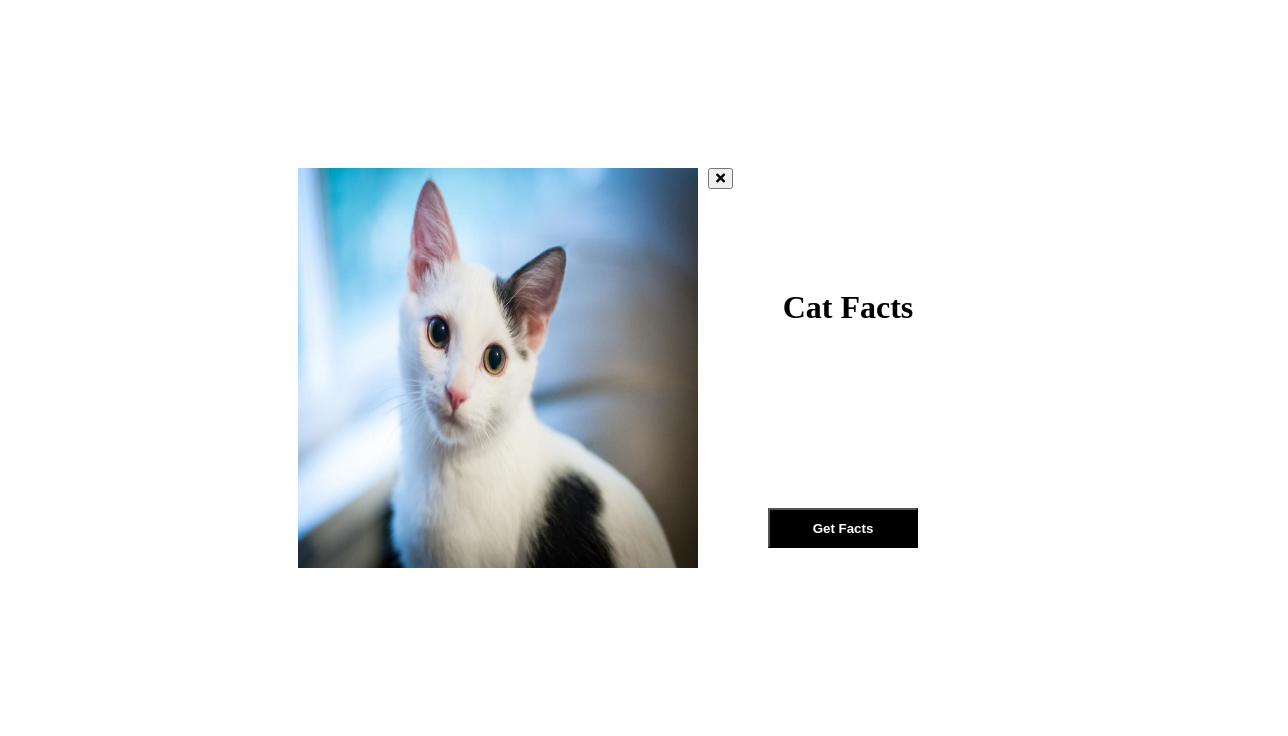
Repository: AustinW24/pg-catfacts
Page: cat-facts.html
The author's editor kept a copy of each file at every save. The page is drawn from the files as they stood at one save, then again after the next save.
The browser window is 1280 px wide. The page is 1288 px wide, so the pictures cover 1288 px, including what lies to the right of the window. The pictures show the whole page.
The page's requests for data from a server got no answer. Some web libraries are served in a nearby version.

Above is the page before, as saved 2021-12-29 17:47:49.
Console error: TypeError: Cannot read properties of null (reading 'addEventListener')

After the next save:
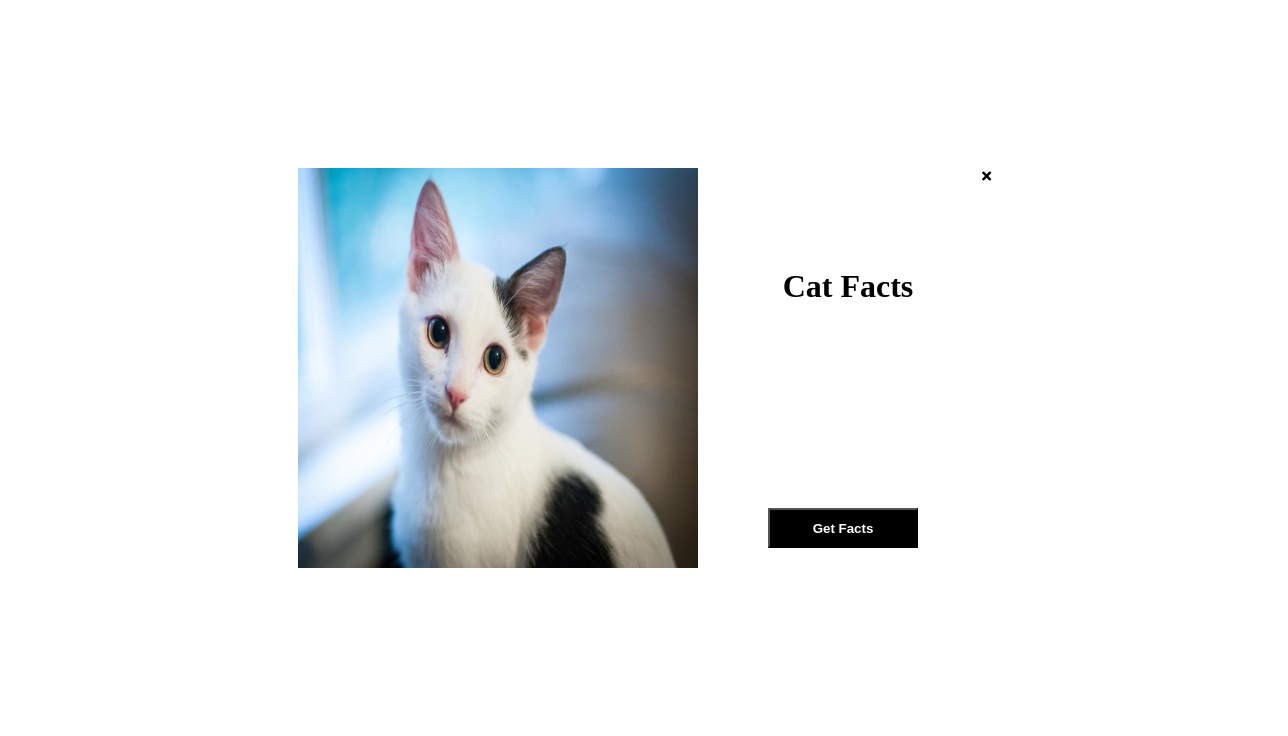
Saved 5 s later.
--- a/cat-facts.html
+++ b/cat-facts.html
@@ -20,7 +20,7 @@
             <img src="./images/cat-img.jpeg" class="cat-photo">
         </div>
         <div class="facts__container">
-            <button><i class="fas fa-times" ></i></button>
+            <button style="width: 10px; float: right; border: none; background: none; outline: inherit"><i class="fas fa-times" ></i></button>
             <h1 class="header" style="align-items:center">Cat Facts</h1>
             <div class="facts__list" style="visibility:hidden"></div>
             <button class="facts__button">Get Facts</button>
